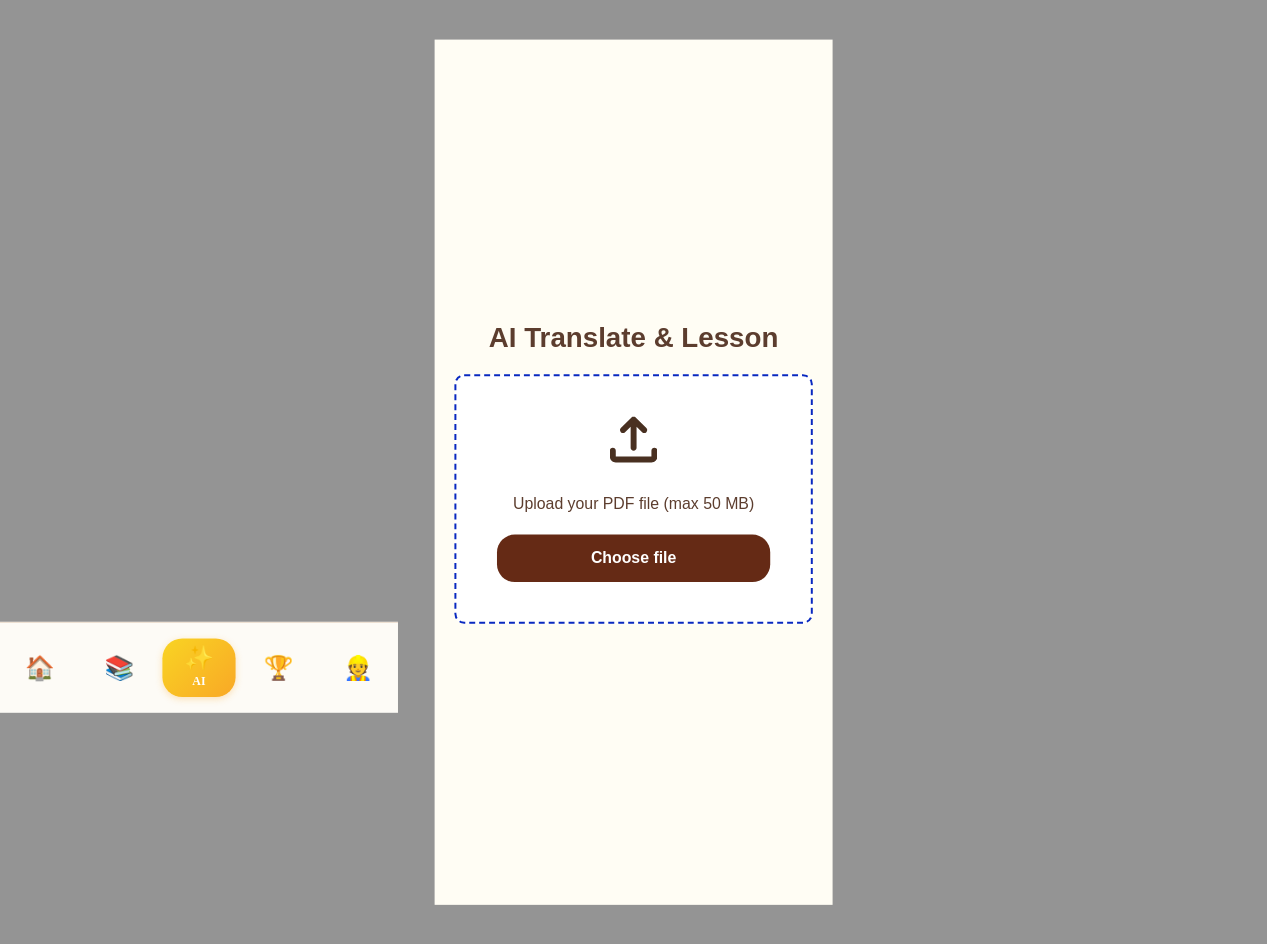
Repository: richelletiongson/Jargon_FrontendShowcase
Page: / (app in jargon_frontend/)
An editor plug-in stored every save of this project. The page is shown before and after the next save, followed by the edit.
The browser window is 1280 px wide. The pictures show the whole page, at 99% of full size.
The project was rebuilt for these pictures with package versions that can differ from the ones it lists, and the page was loaded fresh each time. Also part of the build but not shown: jargon_frontend/vite.config.js, jargon_frontend/src/index.css, jargon_frontend/src/home_pages/Home.jsx, jargon_frontend/src/course_pages/Course.jsx, jargon_frontend/src/charts_pages/Charts.jsx, jargon_frontend/src/profile_pages/Profile.jsx.

Above is the page before, as saved 2025-10-22 15:02:41.

### jargon_frontend/index.html
<!doctype html>
<html lang="en">
  <head>
    <meta charset="UTF-8" />
    <link rel="icon" type="image/svg+xml" href="/vite.svg" />
    <meta name="viewport" content="width=device-width, initial-scale=1.0" />
    <title>jargon_frontend</title>
  </head>
  <body>
    <div id="root"></div>
    <script type="module" src="/src/main.jsx"></script>
  </body>
</html>

### jargon_frontend/src/App.jsx
import './App.css'
import NavBar from "./components/NavBar";
import { BrowserRouter, Routes, Route } from "react-router-dom";
import Home from "./home_pages/Home";
import Course from "./course_pages/Course";
import AI from "./ai_pages/AI";
import Charts from "./charts_pages/Charts";
import Profile from "./profile_pages/Profile";

function App() {
  return (
    <BrowserRouter>
            <div className='page'>
                <main className='main-content'>
                    <Routes>
                        <Route
                            path='/'
                            element={<AI />}
                        />
                        <Route
                            path='/home'
                            element={<Home />}
                        />
                        <Route
                            path='/course'
                            element={<Course />}
                        />
                        <Route
                            path='/ai'
                            element={<AI />}
                        />
                        <Route
                            path='/charts'
                            element={<Charts />}
                        />
                        <Route
                            path='/profile'
                            element={<Profile />}
                        />

                    </Routes>
                </main>
                <NavBar />
            </div>
        </BrowserRouter>
  )
}

export default App

### jargon_frontend/src/App.css
* {

  padding: 0;
  margin: 0;
}
main {
  background-color: #949494;
  padding-bottom: 80px;
}

### jargon_frontend/src/components/NavBar.jsx
import React from 'react';
import { Link, useLocation } from 'react-router-dom';
import './NavBar.css';

const NavBar = () => {
  const location = useLocation();

  return (
    <div className="bottom-nav">
      <Link to="/home" className={`nav-item ${location.pathname === '/home' ? 'active' : ''}`}>
        <div className="nav-icon">🏠</div>
      </Link>
      <Link to="/course" className={`nav-item ${location.pathname === '/course' ? 'active' : ''}`}>
        <div className="nav-icon">📚</div>
      </Link>
      <Link to="/" className={`nav-item ${location.pathname === '/' ? 'active' : ''}`}>
        <div className="nav-icon">✨</div>
        <span className="nav-text">AI</span>
      </Link>
      <Link to="/charts" className={`nav-item ${location.pathname === '/charts' ? 'active' : ''}`}>
        <div className="nav-icon">🏆</div>
      </Link>
      <Link to="/profile" className={`nav-item ${location.pathname === '/profile' ? 'active' : ''}`}>
        <div className="nav-icon">👷</div>
      </Link>
    </div>
  );
};

export default NavBar;

### jargon_frontend/src/ai_pages/AI.jsx
import React, { useState } from 'react';
import './AI.css';
import UploadIcon from '../assets/Upload_Icon.svg';

const AI = () => {
  const [selectedFile, setSelectedFile] = useState(null);

  const handleFileChange = (event) => {
    const file = event.target.files[0];
    if (file) {
      setSelectedFile(file);
    }
  };

  return (
    <div className="ai-page">
      {/* Main Content */}
      <div className="main-content">
        <h1 className="page-title">AI Translate & Lesson</h1>
        <div className='rocky-container'>

        </div>
        <div className="file-upload-container">
          <div className="file-upload-area">
            <img src={UploadIcon} alt="Upload" className="upload-icon" />
            <p className="upload-text">Upload your PDF file (max 50 MB)</p>
            <input
              type="file"
              id="file-input"
              accept=".pdf"
              onChange={handleFileChange}
              style={{ display: 'none' }}
            />
            <label htmlFor="file-input" className="choose-file-btn">
              Choose file
            </label>
            {selectedFile && (
              <p className="selected-file">Selected: {selectedFile.name}</p>
            )}
          </div>
        </div>
      </div>

    </div>
  );
};

export default AI;

### jargon_frontend/src/components/NavBar.css
/* Bottom Navigation Styles */
.bottom-nav {
  display: flex;
  justify-content: space-around;
  align-items: center;
  background-color: #FDFBF6;
  padding: 16px 0;
  width: 402px;
  border-top: 1px solid #E8D5C4;
  position: fixed;
  bottom: 0;
  left: 0;
  right: 0;
  z-index: 100;
}

.nav-item {
  display: flex;
  flex-direction: column;
  align-items: center;
  gap: 4px;
  padding: 8px 12px;
  border-radius: 20px;
  transition: all 0.3s ease;
  cursor: pointer;
  min-width: 50px;
  text-decoration: none;
  color: inherit;
}

.nav-item:hover {
  background-color: #F5F0E8;
}

.nav-item.active {
  background: linear-gradient(135deg, #F9D423 0%, #F9A826 100%);
  color: white;
  box-shadow: 0 2px 8px rgba(249, 164, 38, 0.3);
}

.nav-icon {
  font-size: 24px;
  line-height: 1;
}

.nav-text {
  font-size: 12px;
  font-weight: 600;
  color: inherit;
}

.nav-item:not(.active) .nav-icon {
  color: #5C3D2E;
}

/* Responsive Design */
@media (max-width: 480px) {
  .nav-icon {
    font-size: 20px;
  }

  .nav-text {
    font-size: 10px;
  }
}

### jargon_frontend/src/home_pages/Home.css
/* Home Page Styles */
.home-page {
  min-height: 100vh;
  background-color: #FDFBF6;
  display: flex;
  flex-direction: column;
  font-family: -apple-system, BlinkMacSystemFont, 'Segoe UI', 'Roboto', sans-serif;
}

.status-bar {
  display: flex;
  justify-content: space-between;
  align-items: center;
  padding: 12px 20px;
  background-color: #FDFBF6;
  color: #5C3D2E;
  font-size: 16px;
  font-weight: 600;
}

.status-icons {
  display: flex;
  gap: 8px;
  font-size: 18px;
}

.main-content {
  flex: 1;
  padding: 40px 20px;
  display: flex;
  flex-direction: column;
  align-items: center;
  justify-content: center;
  text-align: center;
}

.page-title {
  font-size: 28px;
  font-weight: bold;
  color: #5C3D2E;
  margin-bottom: 20px;
}

.coming-soon {
  color: #5C3D2E;
  font-size: 18px;
  opacity: 0.7;
}

### jargon_frontend/src/course_pages/Course.css
/* Course Page Styles */
.course-page {
  min-height: 100vh;
  background-color: #FDFBF6;
  display: flex;
  flex-direction: column;
  font-family: -apple-system, BlinkMacSystemFont, 'Segoe UI', 'Roboto', sans-serif;
}

.status-bar {
  display: flex;
  justify-content: space-between;
  align-items: center;
  padding: 12px 20px;
  background-color: #FDFBF6;
  color: #5C3D2E;
  font-size: 16px;
  font-weight: 600;
}

.status-icons {
  display: flex;
  gap: 8px;
  font-size: 18px;
}

.main-content {
  flex: 1;
  padding: 40px 20px;
  display: flex;
  flex-direction: column;
  align-items: center;
  justify-content: center;
  text-align: center;
}

.page-title {
  font-size: 28px;
  font-weight: bold;
  color: #5C3D2E;
  margin-bottom: 20px;
}

.coming-soon {
  color: #5C3D2E;
  font-size: 18px;
  opacity: 0.7;
}

### jargon_frontend/src/ai_pages/AI.css
/* AI Page Styles */
.ai-page {
  min-height: 874px;
  width: 402px;
  background-color: #FFFDF4 ;
  display: flex;
  flex-direction: column;
  font-family: poppins, sans-serif;
}

/* Main Content */
.main-content {
  flex: 1;
  padding: 40px 20px;
  display: flex;
  flex-direction: column;
  align-items: center;
  justify-content: center;
  text-align: center;
}

.page-title {
  font-size: 28px;
  font-weight: bold;
  color: #5C3D2E;
  margin-bottom: 60px;
  line-height: 1.2;
}

.file-upload-container {
  width: 100%;
  max-width: 400px;
  margin: 0 auto;
}

.file-upload-area {
  background-color: white;
  border: 2px dashed #0828C0;
  border-radius: 10px;
  padding: 40px 20px;
  display: flex;
  flex-direction: column;
  align-items: center;
  gap: 20px;
}

.upload-icon {
  width: 48px;
  height: 48px;
  color: #6F2E17;
  margin-bottom: 10px;
}

.upload-text {
  color: #5C3D2E;
  font-size: 16px;
  margin: 0;
  line-height: 1.4;
}

.choose-file-btn {
  background-color: #652A15;
  color: white;
  border-radius: 18px;
  border: none;
  font-size: 16px;
  font-weight: 600;
  display: flex;
  justify-content: center;
  align-items: center;
  width: 276px;
  height: 48px;
}

.selected-file {
  color: #5C3D2E;
  font-size: 14px;
  margin: 10px 0 0 0;
  font-style: italic;
}

### jargon_frontend/src/charts_pages/Charts.css
/* Charts Page Styles */
.charts-page {
  min-height: 100vh;
  background-color: #FDFBF6;
  display: flex;
  flex-direction: column;
  font-family: -apple-system, BlinkMacSystemFont, 'Segoe UI', 'Roboto', sans-serif;
}

.status-bar {
  display: flex;
  justify-content: space-between;
  align-items: center;
  padding: 12px 20px;
  background-color: #FDFBF6;
  color: #5C3D2E;
  font-size: 16px;
  font-weight: 600;
}

.status-icons {
  display: flex;
  gap: 8px;
  font-size: 18px;
}

.main-content {
  flex: 1;
  padding: 40px 20px;
  display: flex;
  flex-direction: column;
  align-items: center;
  justify-content: center;
  text-align: center;
}

.page-title {
  font-size: 28px;
  font-weight: bold;
  color: #5C3D2E;
  margin-bottom: 20px;
}

.coming-soon {
  color: #5C3D2E;
  font-size: 18px;
  opacity: 0.7;
}

### jargon_frontend/src/profile_pages/Profile.css
/* Profile Page Styles */
.profile-page {
  min-height: 100vh;
  background-color: #FDFBF6;
  display: flex;
  flex-direction: column;
  font-family: -apple-system, BlinkMacSystemFont, 'Segoe UI', 'Roboto', sans-serif;
}

.status-bar {
  display: flex;
  justify-content: space-between;
  align-items: center;
  padding: 12px 20px;
  background-color: #FDFBF6;
  color: #5C3D2E;
  font-size: 16px;
  font-weight: 600;
}

.status-icons {
  display: flex;
  gap: 8px;
  font-size: 18px;
}

.main-content {
  flex: 1;
  padding: 40px 20px;
  display: flex;
  flex-direction: column;
  align-items: center;
  justify-content: center;
  text-align: center;
}

.page-title {
  font-size: 28px;
  font-weight: bold;
  color: #5C3D2E;
  margin-bottom: 20px;
}

.coming-soon {
  color: #5C3D2E;
  font-size: 18px;
  opacity: 0.7;
}

Loaded but not shown: jargon_frontend/src/main.jsx (common file)

After the next save:
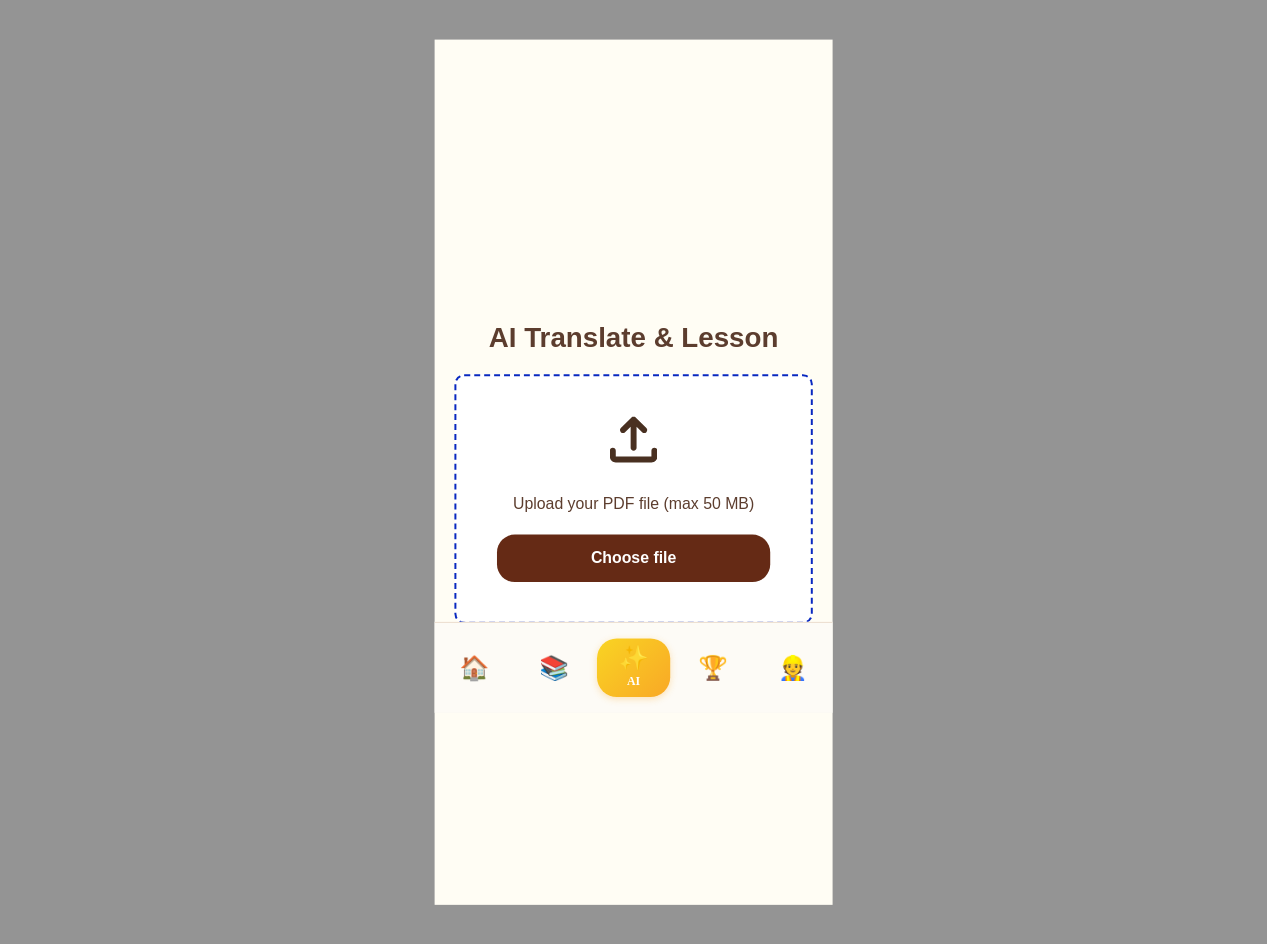
Saved 78 s later.
--- a/jargon_frontend/src/components/NavBar.css
+++ b/jargon_frontend/src/components/NavBar.css
@@ -9,8 +9,8 @@
   border-top: 1px solid #E8D5C4;
   position: fixed;
   bottom: 0;
-  left: 0;
-  right: 0;
+  left: 50%;
+  transform: translateX(-50%);
   z-index: 100;
 }
 
